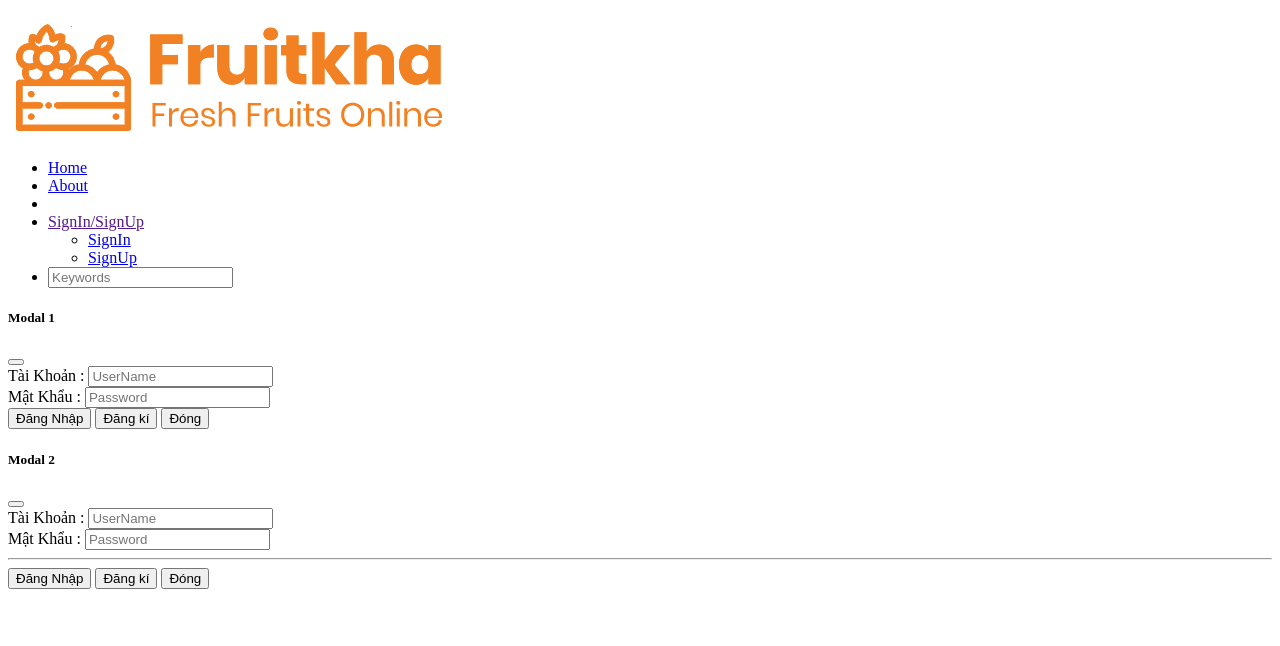
Repository: minhtu5502/Java5
Page: src/main/resources/templates/user/content/nav.html
These files come from the project's save history. The page is drawn as it stood at one moment and after the next save; the edit follows.
The browser window is 1280 px wide. The pictures show the whole page.

Above is the page before, as saved 2022-06-14 09:10:37.

### src/main/resources/templates/user/content/nav.html
<!DOCTYPE html>
<html xmlns:th="http://www.thymeleaf.org" xmlns:layout="http://www.utraq.net.nz/thymeleaf/layout" lang="en">

<head>
    <meta charset="UTF-8">
    <title>Title</title>
</head>

<body>
    <div class="top-header-area bg-dark" id="sticker" th:fragment="nav">
        <div class="container">
            <div class="row">
                <div class="col-lg-12 col-sm-12 text-center">
                    <div class="main-menu-wrap">
                        <!-- logo -->
                        <div class="site-logo">
                            <a href="index.html">
                                <img src="assets/img/logo.png" alt="">
                            </a>
                        </div>
                        <!-- logo -->

                        <!-- menu start -->
                        <nav class="main-menu">
                            <ul>
                                <li class="current-list-item"><a href="Home">Home</a>

                                </li>
                                <li><a href="#">About</a></li>
                                <!-- <li><a href="#">Pages</a>
                                        <ul class="sub-menu">
                                            <li><a href="404.html">404 page</a></li>
                                            <li><a href="about.html">About</a></li>
                                            <li><a href="cart.html">Cart</a></li>
                                            <li><a href="checkout.html">Check Out</a></li>
                                            <li><a href="contact.html">Contact</a></li>
                                            <li><a href="news.html">News</a></li>
                                            <li><a href="shop.html">Shop</a></li>
                                        </ul>
                                    </li>
                                    <li><a href="news.html">News</a>
                                        <ul class="sub-menu">
                                            <li><a href="news.html">News</a></li>
                                            <li><a href="single-news.html">Single News</a></li>
                                        </ul>
                                    </li> -->
                                <!-- <li><a href="#">Contact</a></li> -->
                                <!-- <li><a href="shop.html">Shop</a>
                                        <ul class="sub-menu">
                                            <li><a href="shop.html">Shop</a></li>
                                            <li><a href="checkout.html">Check Out</a></li>
                                            <li><a href="single-product.html">Single Product</a></li>
                                            <li><a href="cart.html">Cart</a></li>
                                        </ul>
                                    </li> -->
                                <li class="offset-7">
                                    <div class="header-icons">
                                        <a class="shopping-cart" href="Cart"><i class="fas fa-shopping-cart"></i></a>
                                    </div>
                                </li>
                                <li><a href="">SignIn/SignUp</a>
                                    <ul class="sub-menu">
                                        <li><a class="btn btn-primary" data-bs-toggle="modal" href="#modalSignIn"
                                                role="button">SignIn</a></li>
                                        <li><a class="btn btn-primary" data-bs-toggle="modal" href="#modalSignUp"
                                                role="button">SignUp</a></li>
                                    </ul>
                                </li>
                                <li>
                                    <div class="header-icons">
                                        <form th:action="${'/Shop/Home'}">
                                            <input type="text" placeholder="Keywords" name="key" id="key">
                                            <a class="mobile-hide search-bar-icon btn" href="#"><i
                                                    class="fas fa-search"></i></a>
                                        </form>
                                    </div>
                                </li>

                            </ul>
                        </nav>
                        <div class="modal fade" id="modalSignIn" aria-hidden="true"
                            aria-labelledby="exampleModalToggleLabel" tabindex="-1">
                            <div class="modal-dialog modal-dialog-centered">
                                <div class="modal-content">
                                    <div class="modal-header">
                                        <h5 class="modal-title" id="exampleModalToggleLabel">Modal 1</h5>
                                        <button type="button" class="btn-close" data-bs-dismiss="modal"
                                            aria-label="Close"></button>
                                    </div>
                                    <form th:action="${BASEURL + UPDATE}">
                                        <div class="modal-body">
                                            <div class="form-group">
                                                <label for="exampleInputName1">Tài Khoản :
                                                </label>
                                                <input type="text" class="form-control" name="username" id="username"
                                                    placeholder="UserName">
                                            </div>
                                            <div class="form-group">
                                                <label for="exampleInputName1">Mật Khẩu :
                                                </label>
                                                <input type="password" class="form-control" name="password"
                                                    id="password" placeholder="Password">
                                            </div>
                                        </div>
                                        <div class="modal-footer">
                                            <button class="btn btn-success">Đăng Nhập</button>

                                            <button class="btn btn-primary" data-bs-target="#modalSignUp"
                                                data-bs-toggle="modal">Đăng kí</button>
                                            <button type="button" class="btn btn-secondary" data-dismiss="modal">Đóng
                                            </button>
                                        </div>
                                    </form>
                                </div>
                            </div>
                        </div>
                    </div>
                    <div class="modal fade" id="modalSignUp" aria-hidden="true"
                        aria-labelledby="exampleModalToggleLabel2" tabindex="-1">
                        <div class="modal-dialog modal-dialog-centered">
                            <div class="modal-content">
                                <div class="modal-header">
                                    <h5 class="modal-title" id="exampleModalToggleLabel2">Modal 2</h5>
                                    <button type="button" class="btn-close" data-bs-dismiss="modal"
                                        aria-label="Close"></button>
                                </div>
                                <form th:action="${BASEURL + UPDATE}">
                                    <div class="modal-body">
                                        <div class="form-group">
                                            <label for="exampleInputName1">Tài Khoản :
                                            </label>
                                            <input type="text" class="form-control" name="username" id="username"
                                                placeholder="UserName">
                                        </div>
                                        <div class="form-group">
                                            <label for="exampleInputName1">Mật Khẩu :
                                            </label>
                                            <input type="password" class="form-control" name="password" id="password"
                                                placeholder="Password">
                                        </div>
                                        <hr>
                                        <a></a>
                                    </div>
                                    <div class="modal-footer">
                                        <button class="btn btn-success">Đăng Nhập</button>

                                        <button class="btn btn-primary" data-bs-target="#modalSignUp"
                                            data-bs-toggle="modal">Đăng kí</button>
                                        <button type="button" class="btn btn-secondary" data-dismiss="modal">Đóng
                                        </button>
                                    </div>
                                </form>
                            </div>
                        </div>
                    </div>
                </div>
            </div>
        </div>
    </div>
    </div>
</body>

</html>

After the next save:
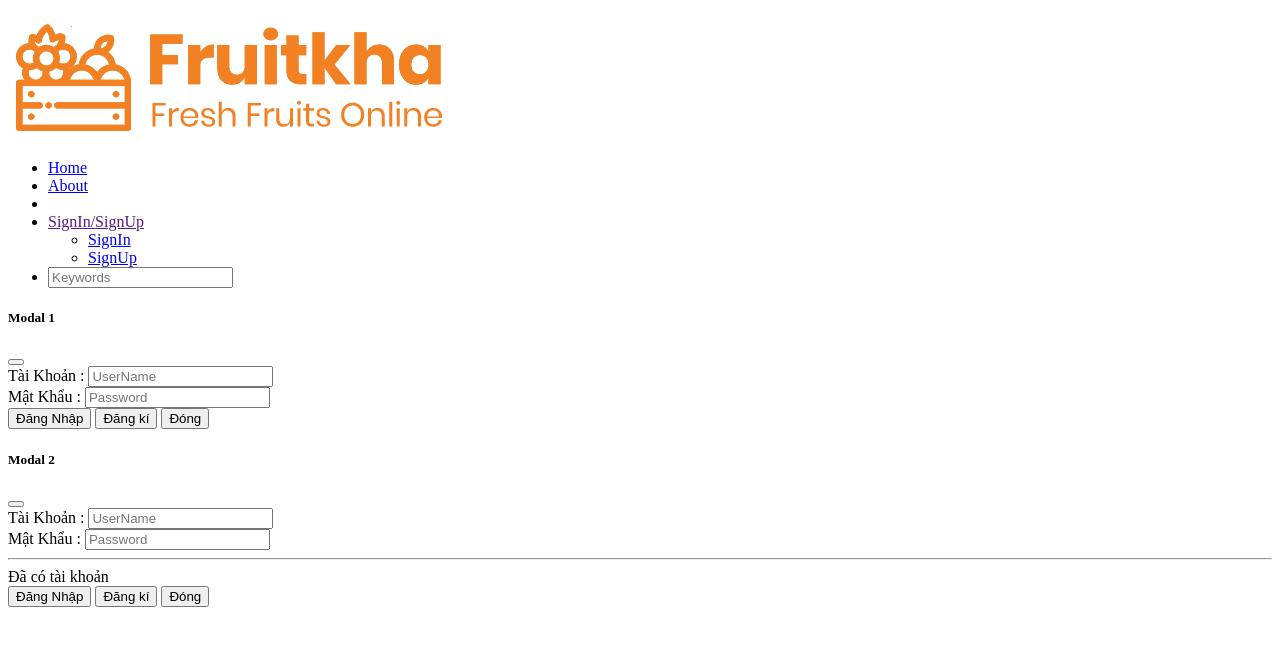
Saved 9 s later.
--- a/src/main/resources/templates/user/content/nav.html
+++ b/src/main/resources/templates/user/content/nav.html
@@ -139,7 +139,7 @@
                                                 placeholder="Password">
                                         </div>
                                         <hr>
-                                        <a></a>
+                                        <a>Đã có tài khoản</a>
                                     </div>
                                     <div class="modal-footer">
                                         <button class="btn btn-success">Đăng Nhập</button>
